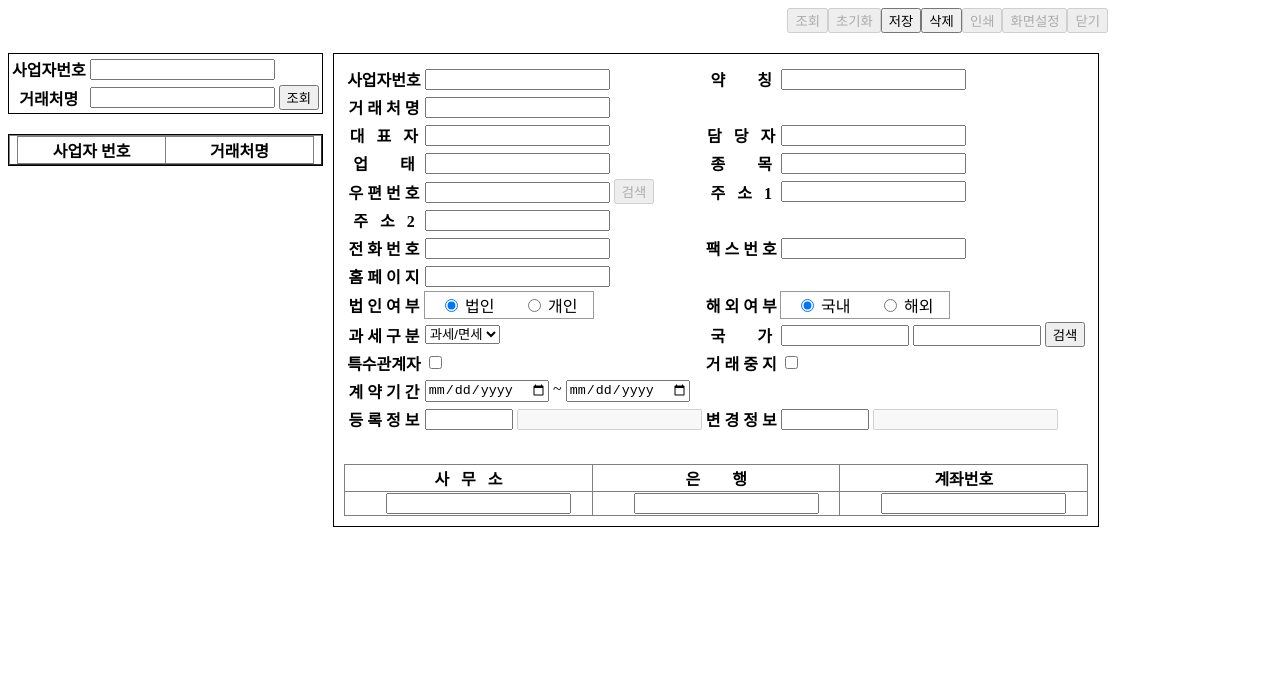
Repository: Chocobe/-practice-FrontSide-Tip
Page: http://localhost/wishTestProject/views/accountManager/accountManagerView.jsp
The author's editor kept a copy of each file at every save. The page is drawn from the files as they stood at one save, then again after the next save.
The browser window is 1280 px wide. The pictures show the whole page.
The page is served by Tomcat 9. Nobody is signed in. The application's start-up code is not run.

Above is the page before, as saved 2020-02-27 03:49:11.

After the next save:
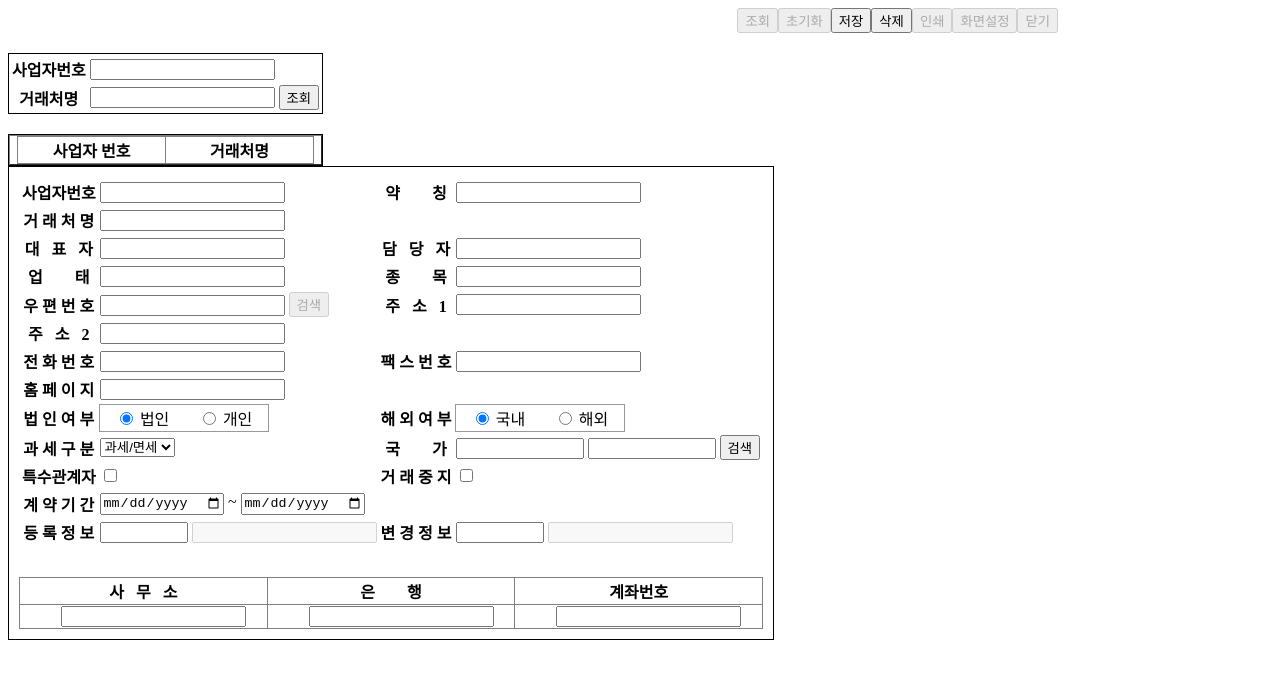
Saved 6 s later.
--- a/wishTest/wishTestProject/WebContent/css/accountManager/accountManagerView.css
+++ b/wishTest/wishTestProject/WebContent/css/accountManager/accountManagerView.css
@@ -2,7 +2,7 @@
 
 /* .wrap */
     .wrap {
-        width: 1100px;
+        width: 1050px;
 
         display: flex;
         flex-flow: row wrap;
